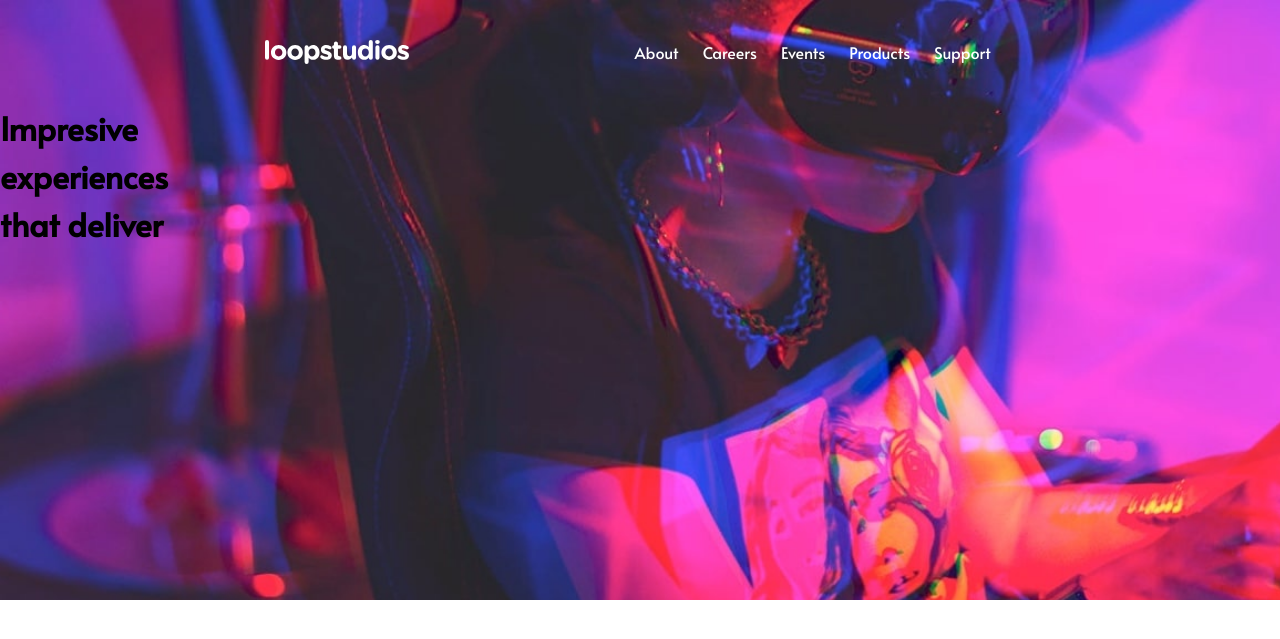
Repository: gligor99/loopstudios-fm
Page: /
These files come from the project's save history. The page is drawn as it stood at one moment and after the next save; the edit follows.
The browser window is 1280 px wide. The pictures show the whole page.
The project was rebuilt for these pictures with package versions that can differ from the ones it lists, and the page was loaded fresh each time.

Above is the page before, as saved 2021-11-28 15:14:40.

### src/index.css
@import url('https://fonts.googleapis.com/css2?family=Alata&family=Josefin+Sans:wght@300&display=swap');

:root {
  --clr-white: hsl(0, 0%, 100%);
  --clr-black: hsl(0, 0%, 0%);
  --clr-dark-gray: hsl(0, 0%, 55%);
  --clr-very-dark-gray: hsl(0, 0%, 41%)
}

*,
::after,
::before {
  margin: 0;
  padding: 0;
  box-sizing: border-box;
}

body {
  font-family: "Alata", sans-serif;
  background: var(--clr-light-grayish-cyan);
  color: var(--clr-grey-1);
  line-height: 1.5;
  font-size: 1rem;
}

### src/App.jsx
import Hero from "./components/Hero/Hero";


function App() {
  return (
    <div className="App">
      <Hero />
    </div>
  );
}

export default App;

### src/components/Hero/Hero.jsx
import React from "react";
import Navbar from "../Navbar/Navbar";
import "./hero.css";

const Hero = () => {
  return (
    <div className="container">
      <Navbar />
      <div className="container-content">
        <h1 className="title">
          Impresive <br /> experiences <br />
          that deliver
        </h1>
      </div>
    </div>
  );
};

export default Hero;

### src/components/Navbar/Navbar.jsx
import logo from "../../assets/logo.svg";
import "./navbar.css";

const Navbar = () => {
  return (
    <div className="wrapper">
      <img src={logo} alt="logo.svg" />
      <ul>
        <li>
          <a href="/about">About</a>
        </li>
        <li>
          <a href="/careers">Careers</a>
        </li>
        <li>
          <a href="/events">Events</a>
        </li>
        <li>
          <a href="/products">Products</a>
        </li>
        <li>
          <a href="/support">Support</a>
        </li>
      </ul>
    </div>
  );
};

export default Navbar;

### src/components/Hero/hero.css
.container {
    background: url('../../assets/desktop/image-hero.jpg');
    background-repeat: no-repeat;
    background-attachment: fixed;
    background-size: cover;
    height: 600px;
}
.container-content {
    display: flex;
    justify-content: flex-start;

}

### src/components/Navbar/navbar.css
.wrapper {
  display: flex;
  flex-direction: row;
  justify-content: space-evenly;
  align-items: center;
  margin: auto;
  padding: 2.5rem;
  background-color: transparent;
}
img {
  height: 1.5rem;
}
ul {
  display: flex;
  flex-wrap: nowrap;
  justify-content: space-evenly;
}
li {
  list-style-type: none;
  padding-right: 1.5rem;
}
a {
  position: relative;
  display: inline-block;
  text-decoration: none;
  color: var(--clr-white);
}
a:after {
  content: "";
  position: absolute;
  left: 0;
  top: 100%;
  width: 0;
  height: 1.8px;
  background-color: var(--clr-white);
  transition: width 0.2s ease-in-out;
}
a:hover:after {
  width: 100%;
}

Loaded but not shown: public/index.html (common file); src/index.jsx (common file)

After the next save:
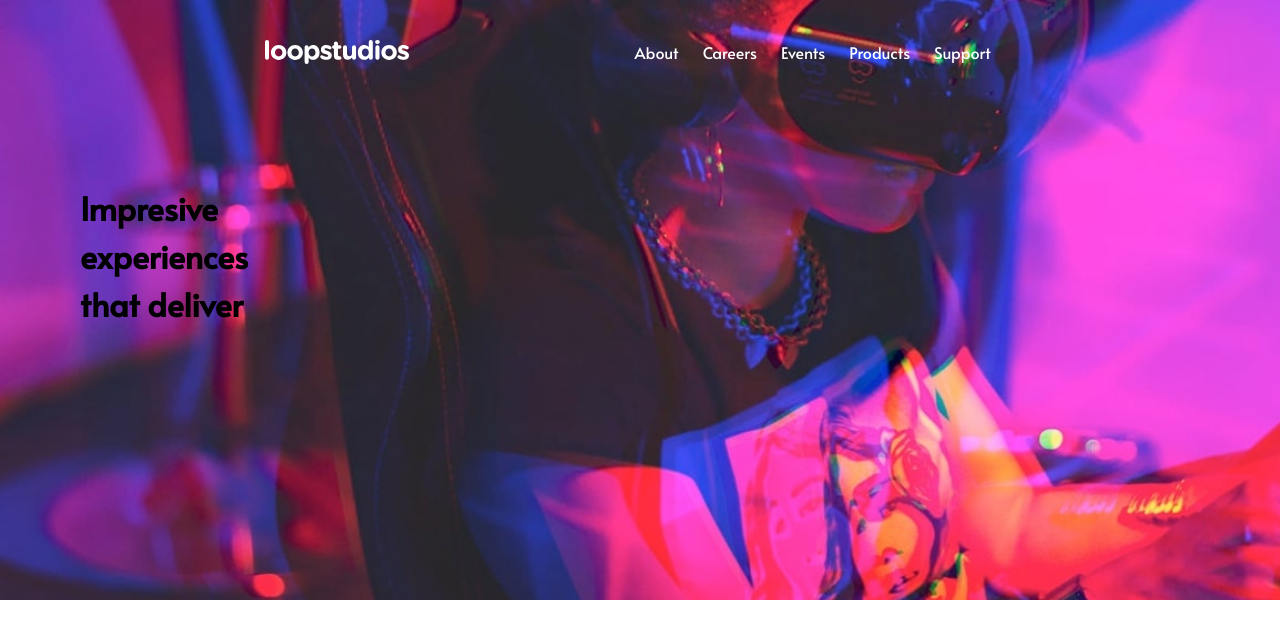
Saved 7 s later.
--- a/src/components/Hero/hero.css
+++ b/src/components/Hero/hero.css
@@ -8,5 +8,6 @@
 .container-content {
     display: flex;
     justify-content: flex-start;
+    padding: 5rem;
 
 }

After the 4 saves that followed:
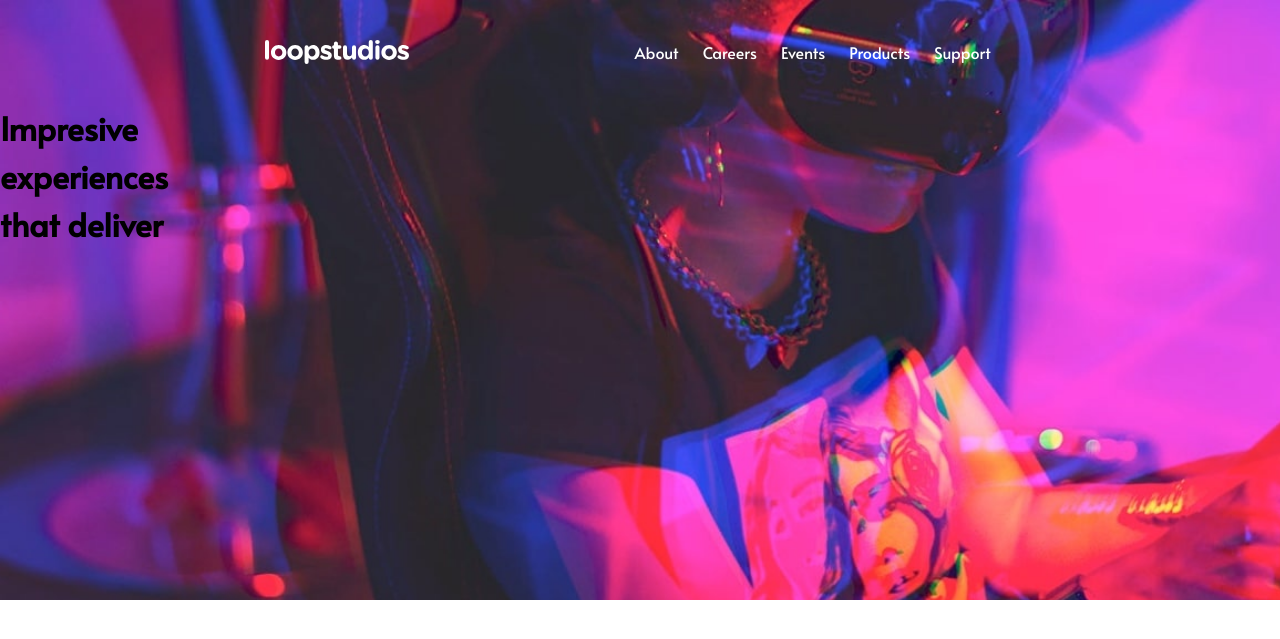
The 4 saves are shown as one change because 3 left the picture as it was.
The last was saved 30 s later.
--- a/src/components/Hero/hero.css
+++ b/src/components/Hero/hero.css
@@ -8,6 +8,7 @@
 .container-content {
     display: flex;
     justify-content: flex-start;
-    padding: 5rem;
+    align-content: flex-end;
+
 
 }
